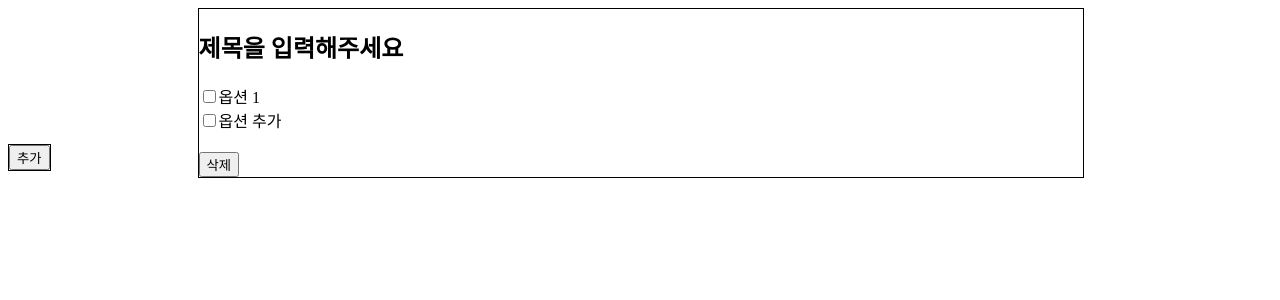
Repository: binigy97/VoteStie
Page: voteWeb/src/main/resources/static/index.html
An editor plug-in stored every save of this project. The page is shown before and after the next save, followed by the edit.
The browser window is 1280 px wide. The pictures show the whole page.

Above is the page before, as saved 2022-02-23 22:08:24.

After the next save:
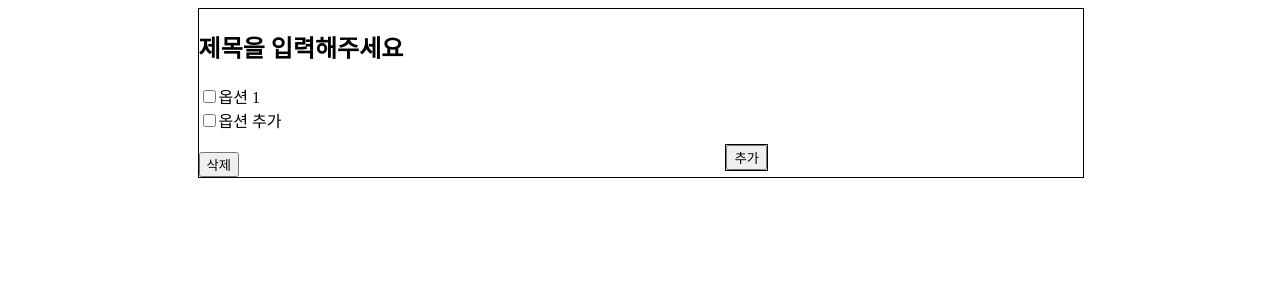
Saved 5 s later.
--- a/voteWeb/src/main/resources/static/index.html
+++ b/voteWeb/src/main/resources/static/index.html
@@ -19,7 +19,7 @@ body > article {
 	float: right;
 	position: absolute;
 	top: 20%;
-	rigth: 40%;
+	right: 40%;
 }
 div > label {
 	display: block;
